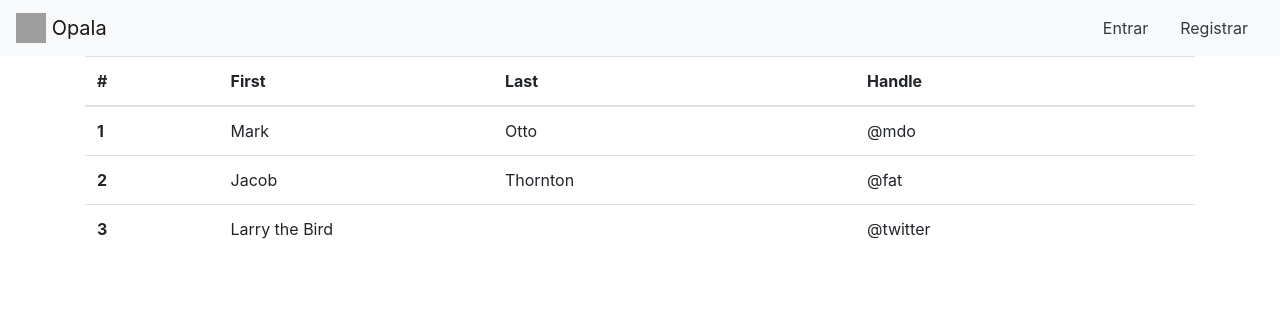
Repository: souzalu/Opala
Page: http://localhost/admin/index
These files come from the project's save history. The page is drawn as it stood at one moment and after the next save; the edit follows.
The browser window is 1280 px wide. The pictures show the whole page.
Pictures or frames that could not be fetched are drawn as grey boxes. Some web fonts or font styles are not loaded; a fallback is used. The page is served by the project's Laravel application, run on PHP 8.4 with Laravel 8.

Above is the page before, as saved 2020-09-18 09:09:23.

After the next save:
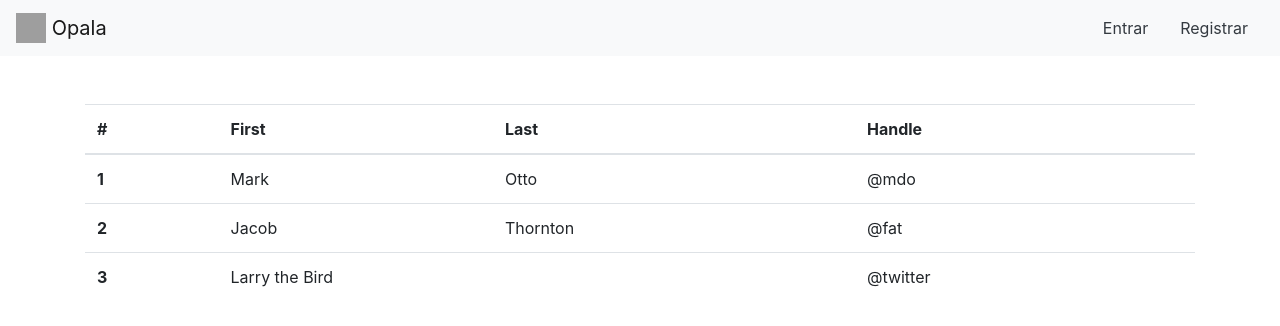
Saved 46 s later.
--- a/resources/views/admin/index.blade.php
+++ b/resources/views/admin/index.blade.php
@@ -17,7 +17,7 @@
 
 
 <!-- Image and text -->
-<nav class="navbar navbar-light bg-light">
+<nav class="navbar navbar-light bg-light mb-5">
     <a class="navbar-brand" href="{{ route('home') }}">
       <img src="https://img.icons8.com/windows/50/000000/silver-ring.png" width="30" height="30" class="d-inline-block align-top" alt="">
       Opala
